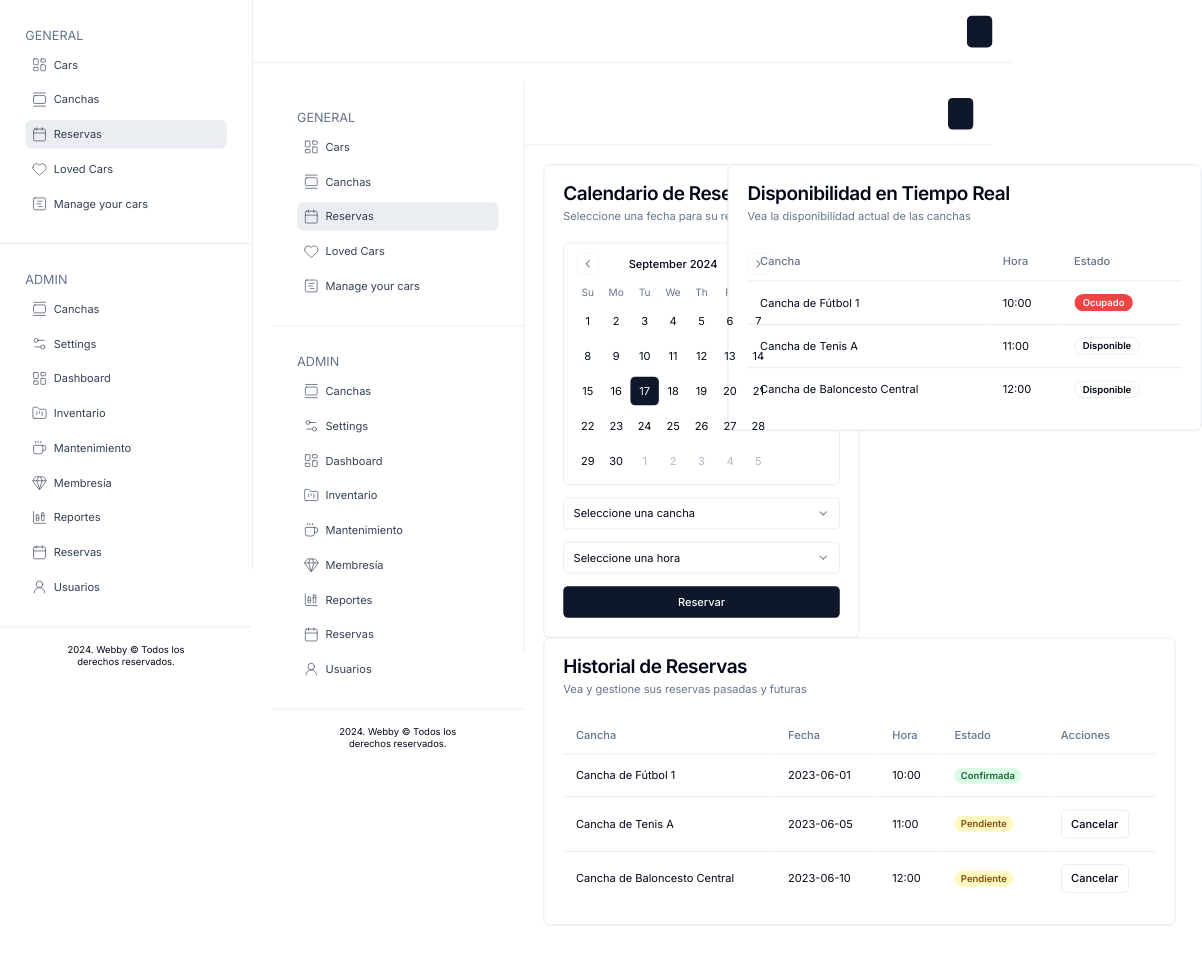
Repository: Jackson-sch/cdeporte
Page: /reservas
These files come from the project's save history. The page is drawn as it stood at one moment and after the next save; the edit follows.
The browser window is 1280 px wide. The page is 1521 px wide, so the pictures cover 1521 px, including what lies to the right of the window. The pictures show the whole page, at 79% of full size.
The project was rebuilt for these pictures with package versions that can differ from the ones it lists, and the page was loaded fresh each time. The framework's server and built-in components were replaced by stand-ins that run in the browser. Also part of the build but not shown: next.config.mjs, src/components/ui/label.jsx, src/components/ui/input.jsx, src/components/Reservas/HistorialReserva.jsx.

Above is the page before, as saved 2024-09-17 20:06:16.

### src/app/layout.jsx
import { Inter } from "next/font/google";
import "./globals.css";
import { Toaster } from "@/components/ui/toaster";

const inter = Inter({ subsets: ["latin"] });

export const metadata = {
  title: "Create Next App",
  description: "Generated by create next app",
};

export default function RootLayout({ children }) {
  return (
    <html lang="en">
      <body className={inter.className}>
        {children}
        <Toaster />
        </body>
    </html>
  );
}

### src/app/(routes)/layout.jsx
import { NavbarDashboard } from "@/components/NavbarDashboard/NavbarDashboard";
import { Sidebar } from "@/components/Sidebar/Sidebar";




export default function LayoutDashboard({ children }) {
  return (
    <div className="flex w-full h-full">
      <div className="hidden h-full xl:block w-80 xl:fixed">
        <Sidebar />
      </div>
      <div className="w-full h-full xl:ml-80">
        <NavbarDashboard />
        <div className="p-6 h-max container">{children}</div>
      </div>
    </div>
  );
}

### src/app/(routes)/(cliente)/layout.jsx
import { NavbarDashboard } from "@/components/NavbarDashboard/NavbarDashboard";
import { Sidebar } from "@/components/Sidebar/Sidebar";




export default function LayoutDashboard({ children }) {
  return (
    <div className="flex w-full h-full">
      <div className="hidden h-full xl:block w-80 xl:fixed">
        <Sidebar />
      </div>
      <div className="w-full h-full xl:ml-80">
        <NavbarDashboard />
        <div className="p-6 h-max container">{children}</div>
      </div>
    </div>
  );
}

### src/app/(routes)/(cliente)/reservas/page.jsx
"use client";
import React, { useState } from "react";
import { Calendar } from "@/components/ui/calendar";
import {
  Card,
  CardHeader,
  CardTitle,
  CardDescription,
  CardContent,
} from "@/components/ui/card";
import {
  Select,
  SelectTrigger,
  SelectValue,
  SelectContent,
  SelectItem,
} from "@/components/ui/select";
import { Button } from "@/components/ui/button";
import {
  Dialog,
  DialogTrigger,
  DialogContent,
  DialogHeader,
  DialogTitle,
  DialogDescription,
  DialogFooter,
} from "@/components/ui/dialog";
import { Label } from "@/components/ui/label";
import { Input } from "@/components/ui/input";
import RealTimeAvailability from "@/components/Reservas/RealTimeAvailability";
import HistorialReservas from "@/components/Reservas/HistorialReserva";
import ReservationHistory from "@/components/Reservas/ReservationHistory";

export default function ReservationCalendar() {
  const [date, setDate] = useState(new Date());
  const [selectedCourt, setSelectedCourt] = useState("");
  const [selectedTime, setSelectedTime] = useState("");
  const [isDialogOpen, setIsDialogOpen] = useState(false);

  const courts = [
    "Cancha de Fútbol 1",
    "Cancha de Tenis A",
    "Cancha de Baloncesto Central",
  ];
  const times = [
    "09:00",
    "10:00",
    "11:00",
    "12:00",
    "13:00",
    "14:00",
    "15:00",
    "16:00",
    "17:00",
    "18:00",
  ];

  const handleReservation = () => {
    console.log("Reserva realizada:", { date, selectedCourt, selectedTime });
    setIsDialogOpen(false);
    // Aquí iría la lógica para enviar la reserva al servidor
  };

  return (
    <div className="grid grid-cols-1 md:grid-cols-2 lg:grid-cols-7">
      <div className="col-span-3">
        <Card className="w-[400px]">
          <CardHeader>
            <CardTitle>Calendario de Reservas</CardTitle>
            <CardDescription>
              Seleccione una fecha para su reserva
            </CardDescription>
          </CardHeader>
          <CardContent>
            <Calendar
              mode="single"
              selected={date}
              onSelect={setDate}
              className="rounded-md border"
            />
            <div className="mt-4">
              <Select onValueChange={setSelectedCourt}>
                <SelectTrigger>
                  <SelectValue placeholder="Seleccione una cancha" />
                </SelectTrigger>
                <SelectContent>
                  {courts.map((court) => (
                    <SelectItem key={court} value={court}>
                      {court}
                    </SelectItem>
                  ))}
                </SelectContent>
              </Select>
            </div>
            <div className="mt-4">
              <Select onValueChange={setSelectedTime}>
                <SelectTrigger>
                  <SelectValue placeholder="Seleccione una hora" />
                </SelectTrigger>
                <SelectContent>
                  {times.map((time) => (
                    <SelectItem key={time} value={time}>
                      {time}
                    </SelectItem>
                  ))}
                </SelectContent>
              </Select>
            </div>
            <Dialog open={isDialogOpen} onOpenChange={setIsDialogOpen}>
              <DialogTrigger asChild>
                <Button className="mt-4 w-full">Reservar</Button>
              </DialogTrigger>
              <DialogContent>
                <DialogHeader>
                  <DialogTitle>Confirmar Reserva</DialogTitle>
                  <DialogDescription>
                    ¿Está seguro que desea realizar esta reserva?
                  </DialogDescription>
                </DialogHeader>
                <div className="grid gap-4 py-4">
                  <div className="grid grid-cols-4 items-center gap-4">
                    <Label htmlFor="date" className="text-right">
                      Fecha
                    </Label>
                    <Input
                      id="date"
                      value={date.toLocaleDateString()}
                      className="col-span-3"
                      readOnly
                    />
                  </div>
                  <div className="grid grid-cols-4 items-center gap-4">
                    <Label htmlFor="court" className="text-right">
                      Cancha
                    </Label>
                    <Input
                      id="court"
                      value={selectedCourt}
                      className="col-span-3"
                      readOnly
                    />
                  </div>
                  <div className="grid grid-cols-4 items-center gap-4">
                    <Label htmlFor="time" className="text-right">
                      Hora
                    </Label>
                    <Input
                      id="time"
                      value={selectedTime}
                      className="col-span-3"
                      readOnly
                    />
                  </div>
                </div>
                <DialogFooter>
                  <Button onClick={handleReservation}>Confirmar Reserva</Button>
                </DialogFooter>
              </DialogContent>
            </Dialog>
          </CardContent>
        </Card>
      </div>
      <div className="col-span-4">
        <RealTimeAvailability />
      </div>

      <ReservationHistory />
    </div>
  );
}

### src/components/ui/toaster.jsx
"use client"

import {
  Toast,
  ToastClose,
  ToastDescription,
  ToastProvider,
  ToastTitle,
  ToastViewport,
} from "@/components/ui/toast"
import { useToast } from "@/components/ui/use-toast"

export function Toaster() {
  const { toasts } = useToast()

  return (
    (<ToastProvider>
      {toasts.map(function ({ id, title, description, action, ...props }) {
        return (
          (<Toast key={id} {...props}>
            <div className="grid gap-1">
              {title && <ToastTitle>{title}</ToastTitle>}
              {description && (
                <ToastDescription>{description}</ToastDescription>
              )}
            </div>
            {action}
            <ToastClose />
          </Toast>)
        );
      })}
      <ToastViewport />
    </ToastProvider>)
  );
}

### src/components/NavbarDashboard/NavbarDashboard.jsx
import { Sheet, SheetContent, SheetTrigger } from "@/components/ui/sheet";
import {Button } from "@/components/ui/button";
import { Menu } from "lucide-react";
import { SidebarRoutes } from "../SidebarRoutes/SidebarRoutes";



export function NavbarDashboard() {
  return (
    <nav className="flex items-center justify-between w-full h-20 px-2 border-b gap-x-4 md:px-6 bg-background">
      <div className="block xl:hidden">
        <Sheet>
          <SheetTrigger className="flex items-center">
            <Menu />
          </SheetTrigger>
          <SheetContent side="left">
            <SidebarRoutes />
          </SheetContent>
        </Sheet>
      </div>
      <div className="flex items-center justify-end w-full gap-x-2">
        <Button />
      </div>
    </nav>
  );
}

### src/components/Sidebar/Sidebar.jsx
import { SidebarRoutes } from "../SidebarRoutes/SidebarRoutes";


export function Sidebar() {
  return (
    <div className="h-screen">
      <div className="flex flex-col h-full border-r">
        <SidebarRoutes />
      </div>
    </div>
  );
}

### src/components/ui/card.jsx
import * as React from "react"

import { cn } from "@/lib/utils"

const Card = React.forwardRef(({ className, ...props }, ref) => (
  <div
    ref={ref}
    className={cn("rounded-lg border bg-card text-card-foreground shadow-sm", className)}
    {...props} />
))
Card.displayName = "Card"

const CardHeader = React.forwardRef(({ className, ...props }, ref) => (
  <div
    ref={ref}
    className={cn("flex flex-col space-y-1.5 p-6", className)}
    {...props} />
))
CardHeader.displayName = "CardHeader"

const CardTitle = React.forwardRef(({ className, ...props }, ref) => (
  <h3
    ref={ref}
    className={cn("text-2xl font-semibold leading-none tracking-tight", className)}
    {...props} />
))
CardTitle.displayName = "CardTitle"

const CardDescription = React.forwardRef(({ className, ...props }, ref) => (
  <p
    ref={ref}
    className={cn("text-sm text-muted-foreground", className)}
    {...props} />
))
CardDescription.displayName = "CardDescription"

const CardContent = React.forwardRef(({ className, ...props }, ref) => (
  <div ref={ref} className={cn("p-6 pt-0", className)} {...props} />
))
CardContent.displayName = "CardContent"

const CardFooter = React.forwardRef(({ className, ...props }, ref) => (
  <div
    ref={ref}
    className={cn("flex items-center p-6 pt-0", className)}
    {...props} />
))
CardFooter.displayName = "CardFooter"

export { Card, CardHeader, CardFooter, CardTitle, CardDescription, CardContent }

### src/components/ui/button.jsx
import * as React from "react"
import { Slot } from "@radix-ui/react-slot"
import { cva } from "class-variance-authority";

import { cn } from "@/lib/utils"

const buttonVariants = cva(
  "inline-flex items-center justify-center whitespace-nowrap rounded-md text-sm font-medium ring-offset-background transition-colors focus-visible:outline-none focus-visible:ring-2 focus-visible:ring-ring focus-visible:ring-offset-2 disabled:pointer-events-none disabled:opacity-50",
  {
    variants: {
      variant: {
        default: "bg-primary text-primary-foreground hover:bg-primary/90",
        destructive:
          "bg-destructive text-destructive-foreground hover:bg-destructive/90",
        outline:
          "border border-input bg-background hover:bg-accent hover:text-accent-foreground",
        secondary:
          "bg-secondary text-secondary-foreground hover:bg-secondary/80",
        ghost: "hover:bg-accent hover:text-accent-foreground",
        link: "text-primary underline-offset-4 hover:underline",
      },
      size: {
        default: "h-10 px-4 py-2",
        sm: "h-9 rounded-md px-3",
        lg: "h-11 rounded-md px-8",
        icon: "h-10 w-10",
      },
    },
    defaultVariants: {
      variant: "default",
      size: "default",
    },
  }
)

const Button = React.forwardRef(({ className, variant, size, asChild = false, ...props }, ref) => {
  const Comp = asChild ? Slot : "button"
  return (
    (<Comp
      className={cn(buttonVariants({ variant, size, className }))}
      ref={ref}
      {...props} />)
  );
})
Button.displayName = "Button"

export { Button, buttonVariants }

### src/components/Reservas/RealTimeAvailability.jsx
'use client'
import React, { useState, useEffect } from 'react'
import { Card, CardHeader, CardTitle, CardDescription, CardContent } from "@/components/ui/card"
import { Table, TableBody, TableCell, TableHead, TableHeader, TableRow } from "@/components/ui/table"
import { Badge } from "@/components/ui/badge"

export default function RealTimeAvailability() {
  const [availability, setAvailability] = useState([])

  useEffect(() => {
    // Simulación de actualización en tiempo real
    const interval = setInterval(() => {
      const newAvailability = [
        { id: 1, court: "Cancha de Fútbol 1", time: "10:00", status: Math.random() > 0.5 ? "Disponible" : "Ocupado" },
        { id: 2, court: "Cancha de Tenis A", time: "11:00", status: Math.random() > 0.5 ? "Disponible" : "Ocupado" },
        { id: 3, court: "Cancha de Baloncesto Central", time: "12:00", status: Math.random() > 0.5 ? "Disponible" : "Ocupado" },
      ]
      setAvailability(newAvailability)
    }, 5000) // Actualiza cada 5 segundos

    return () => clearInterval(interval)
  }, [])

  return (
    <Card className="w-[600px]">
      <CardHeader>
        <CardTitle>Disponibilidad en Tiempo Real</CardTitle>
        <CardDescription>Vea la disponibilidad actual de las canchas</CardDescription>
      </CardHeader>
      <CardContent>
        <Table>
          <TableHeader>
            <TableRow>
              <TableHead>Cancha</TableHead>
              <TableHead>Hora</TableHead>
              <TableHead>Estado</TableHead>
            </TableRow>
          </TableHeader>
          <TableBody>
            {availability.map((item) => (
              <TableRow key={item.id}>
                <TableCell>{item.court}</TableCell>
                <TableCell>{item.time}</TableCell>
                <TableCell>
                  <Badge variant={item.status === "Disponible" ? "success" : "destructive"}>
                    {item.status}
                  </Badge>
                </TableCell>
              </TableRow>
            ))}
          </TableBody>
        </Table>
      </CardContent>
    </Card>
  )
}

### src/components/SidebarRoutes/SidebarRoutes.jsx
"use client";

import { Separator } from "@/components/ui/separator";
import { dataAdminSidebar, dataGeneralSidebar } from "./SidebarRoute.data";
import { SidebarItem } from "./SidebarItem/SidebarItem";



export function SidebarRoutes() {

  return (
    <div className="flex flex-col justify-between h-full">
      <div>
        <div className="p-4 md:p-8">
          <p className="mb-2 text-slate-500">GENERAL</p>
          {dataGeneralSidebar.map((item) => (
            <SidebarItem key={item.label} item={item} />
          ))}
        </div>

        <Separator />

          <div className="p-4 md:p-8">
            <p className="mb-2 text-slate-500">ADMIN</p>
            {dataAdminSidebar.map((item) => (
              <SidebarItem key={item.label} item={item} />
            ))}
          </div>
      </div>

      <div>
        <Separator />

        <footer className="px-6 py-2 mt-3 text-center text-xs text-pretty">
          2024. Webby © Todos los derechos reservados.
        </footer>
      </div>
    </div>
  );
}

### src/components/ui/table.jsx
import * as React from "react"

import { cn } from "@/lib/utils"

const Table = React.forwardRef(({ className, ...props }, ref) => (
  <div className="relative w-full overflow-auto">
    <table
      ref={ref}
      className={cn("w-full caption-bottom text-sm", className)}
      {...props} />
  </div>
))
Table.displayName = "Table"

const TableHeader = React.forwardRef(({ className, ...props }, ref) => (
  <thead ref={ref} className={cn("[&_tr]:border-b", className)} {...props} />
))
TableHeader.displayName = "TableHeader"

const TableBody = React.forwardRef(({ className, ...props }, ref) => (
  <tbody
    ref={ref}
    className={cn("[&_tr:last-child]:border-0", className)}
    {...props} />
))
TableBody.displayName = "TableBody"

const TableFooter = React.forwardRef(({ className, ...props }, ref) => (
  <tfoot
    ref={ref}
    className={cn("border-t bg-muted/50 font-medium [&>tr]:last:border-b-0", className)}
    {...props} />
))
TableFooter.displayName = "TableFooter"

const TableRow = React.forwardRef(({ className, ...props }, ref) => (
  <tr
    ref={ref}
    className={cn(
      "border-b transition-colors hover:bg-muted/50 data-[state=selected]:bg-muted",
      className
    )}
    {...props} />
))
TableRow.displayName = "TableRow"

const TableHead = React.forwardRef(({ className, ...props }, ref) => (
  <th
    ref={ref}
    className={cn(
      "h-12 px-4 text-left align-middle font-medium text-muted-foreground [&:has([role=checkbox])]:pr-0",
      className
    )}
    {...props} />
))
TableHead.displayName = "TableHead"

const TableCell = React.forwardRef(({ className, ...props }, ref) => (
  <td
    ref={ref}
    className={cn("p-4 align-middle [&:has([role=checkbox])]:pr-0", className)}
    {...props} />
))
TableCell.displayName = "TableCell"

const TableCaption = React.forwardRef(({ className, ...props }, ref) => (
  <caption
    ref={ref}
    className={cn("mt-4 text-sm text-muted-foreground", className)}
    {...props} />
))
TableCaption.displayName = "TableCaption"

export {
  Table,
  TableHeader,
  TableBody,
  TableFooter,
  TableHead,
  TableRow,
  TableCell,
  TableCaption,
}

### src/components/ui/badge.jsx
import * as React from "react"
import { cva } from "class-variance-authority";

import { cn } from "@/lib/utils"

const badgeVariants = cva(
  "inline-flex items-center rounded-full border px-2.5 py-0.5 text-xs font-semibold transition-colors focus:outline-none focus:ring-2 focus:ring-ring focus:ring-offset-2",
  {
    variants: {
      variant: {
        default:
          "border-transparent bg-primary text-primary-foreground hover:bg-primary/80",
        secondary:
          "border-transparent bg-secondary text-secondary-foreground hover:bg-secondary/80",
        destructive:
          "border-transparent bg-destructive text-destructive-foreground hover:bg-destructive/80",
        outline: "text-foreground",
      },
    },
    defaultVariants: {
      variant: "default",
    },
  }
)

function Badge({
  className,
  variant,
  ...props
}) {
  return (<div className={cn(badgeVariants({ variant }), className)} {...props} />);
}

export { Badge, badgeVariants }

### src/components/SidebarRoutes/SidebarRoute.data.jsx
import {
  Calendar,
  Car,
  ChartColumnStacked,
  Coffee,
  FolderKanban,
  GalleryVertical,
  Gem,
  Heart,
  LayoutDashboard,
  Settings2,
  SquareGanttChart,
  User2,
} from "lucide-react";

export const dataGeneralSidebar = [
  {
    icon: LayoutDashboard,
    label: "Cars",
    href: "/dashboard",
  },
  {
    icon: GalleryVertical,
    label: "Canchas",
    href: "/canchas",
  },
  {
    icon: Calendar,
    label: "Reservas",
    href: "/reservas",
  },
  {
    icon: Heart,
    label: "Loved Cars",
    href: "/loved-cars",
  },
  {
    icon: SquareGanttChart,
    label: "Manage your cars",
    href: "/canchitas",
  },
];

export const dataAdminSidebar = [
  {
    icon: GalleryVertical,
    label: "Canchas",
    href: "/admin/canchas",
  },
  {
    icon: Settings2,
    label: "Settings",
    href: "/admin/configuracion",
  },
  {
    icon: LayoutDashboard,
    label: "Dashboard",
    href: "/admin/dashboard",
  },
  {
    icon: FolderKanban,
    label: "Inventario",
    href: "/admin/inventario",
  },
  {
    icon: Coffee,
    label: "Mantenimiento",
    href: "/admin/mantenimiento",
  },
  {
    icon: Gem,
    label: "Membresía",
    href: "/admin/membresia",
  },
  {
    icon: ChartColumnStacked,
    label: "Reportes",
    href: "/admin/reportes",
  },
  {
    icon: Calendar,
    label: "Reservas",
    href: "/admin/reservas",
  },
  {
    icon: User2,
    label: "Usuarios",
    href: "/admin/usuarios",
  },
];

### src/components/SidebarRoutes/SidebarItem/SidebarItem.jsx
import Link from "next/link";
import { cn } from "@/lib/utils";
import { usePathname } from "next/navigation";

export function SidebarItem({item}) {
  const { href, icon: Icon, label } = item;

  const pathname = usePathname();

  const activePath = pathname === href;

  return (
    <Link
      href={href}
      className={cn(
        `flex gap-x-2 mt-2 text-slate-700 text-sm items-center hover:bg-slate-300/20 p-2 rounded-lg cursor-pointer`,
        activePath && "bg-slate-400/20"
      )}
    >
      <Icon className="h-5 w-5" strokeWidth={1} />
      {label}
    </Link>
  );
}

Loaded but not shown: src/app/globals.css (common file); src/lib/utils.js (common file); src/components/ui/separator.jsx (common file); tailwind.config.js (common file); src/components/ui/use-toast.js (155 lines, source omitted); src/components/ui/select.jsx (122 lines, source omitted); src/components/Reservas/ReservationHistory.jsx (149 lines, source omitted); src/components/ui/toast.jsx (83 lines, source omitted); src/components/ui/sheet.jsx (109 lines, source omitted); src/components/ui/dialog.jsx (96 lines, source omitted); src/components/ui/calendar.jsx (62 lines, source omitted)

After the next save:
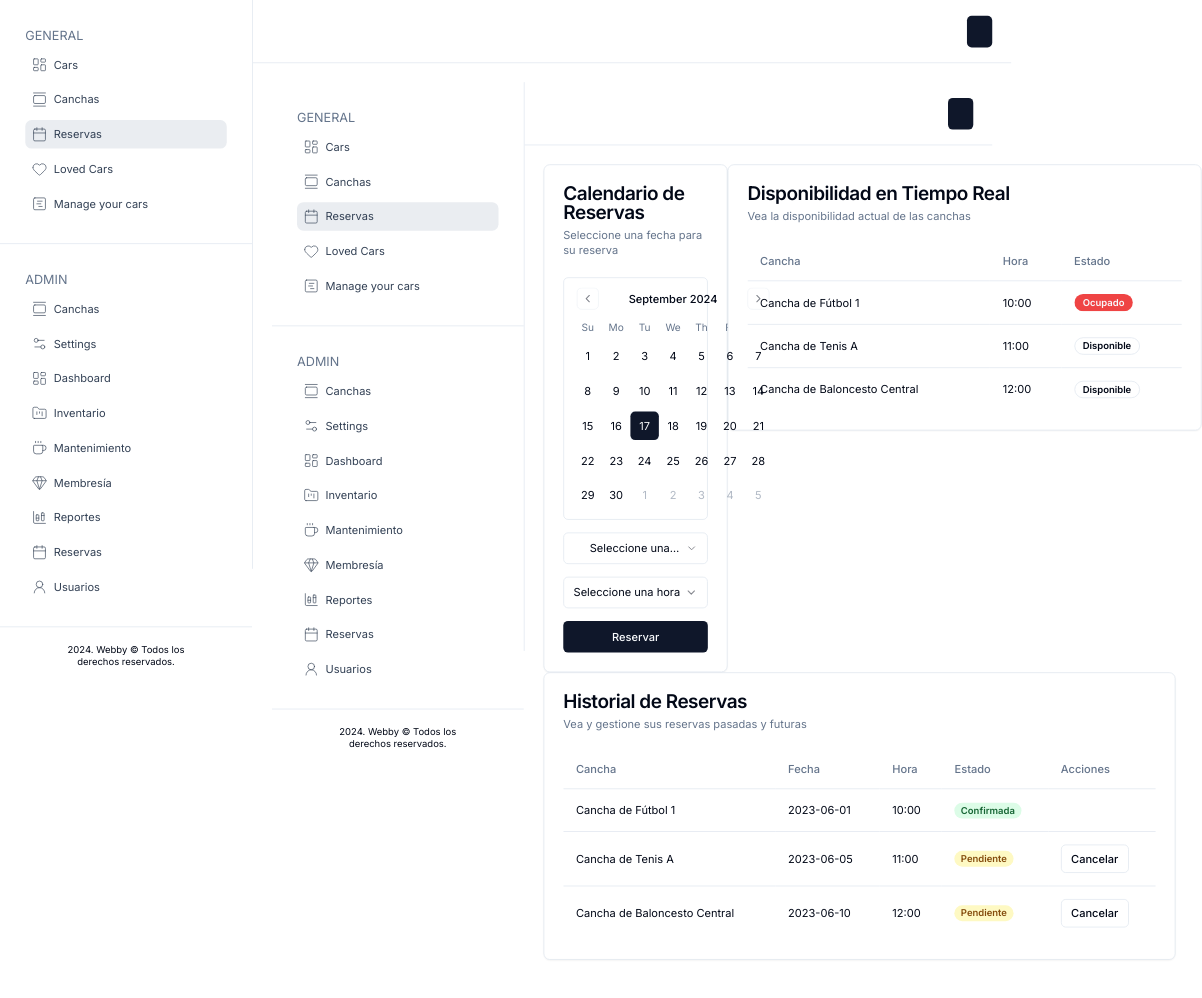
Saved 15 s later.
--- a/src/app/(routes)/(cliente)/reservas/page.jsx
+++ b/src/app/(routes)/(cliente)/reservas/page.jsx
@@ -64,7 +64,7 @@ export default function ReservationCalendar() {
   return (
     <div className="grid grid-cols-1 md:grid-cols-2 lg:grid-cols-7">
       <div className="col-span-3">
-        <Card className="w-[400px]">
+        <Card className="w-full">
           <CardHeader>
             <CardTitle>Calendario de Reservas</CardTitle>
             <CardDescription>
